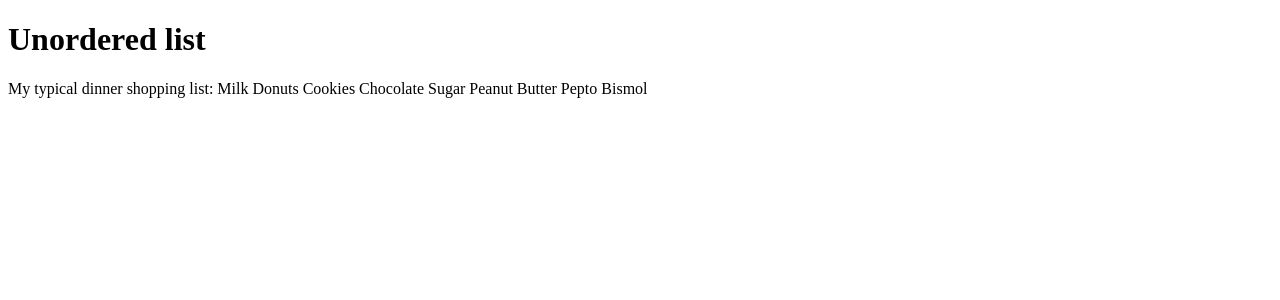
Repository: Aakarshit-Sharma19/Basic-HTML-and-CSS-Page-
Page: test.html
These files come from the project's save history. The page is drawn as it stood at one moment and after the next save; the edit follows.
The browser window is 1280 px wide. The pictures show the whole page.

Above is the page before, as saved 2020-11-07 13:13:44.

After the next save:
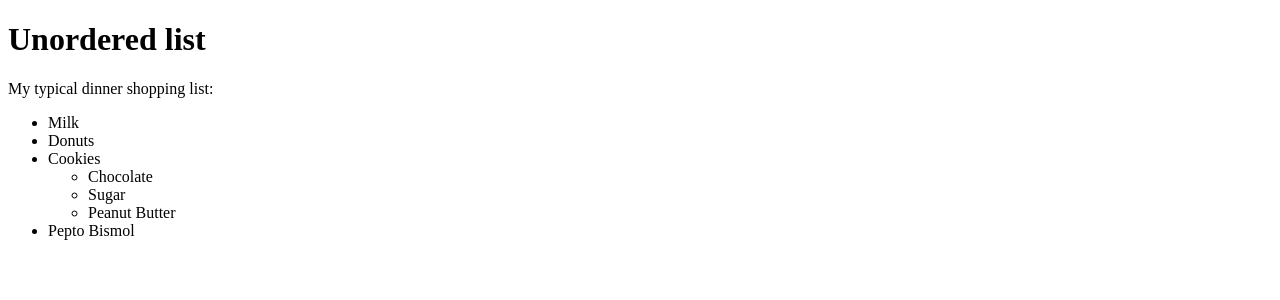
Saved 2 min 16 s later.
--- a/test.html
+++ b/test.html
@@ -1,24 +1,29 @@
 <!DOCTYPE html>
 <html>
+
 <head>
-  <meta charset="utf-8">
-  <title>Unordered Lists</title>
+    <meta charset="utf-8">
+    <title>Unordered Lists</title>
 </head>
+
 <body>
-  <h1>Unordered list</h1>
-  <div>
+    <h1>Unordered list</h1>
+    <div>
 
-    My typical dinner shopping list:
+        My typical dinner shopping list:
 
-    Milk
-      Donuts
-      Cookies
-          Chocolate
-          Sugar
-          Peanut Butter
-      Pepto Bismol
-
-
-  </div>
+        <ul>
+            <li>Milk</li>
+            <li>Donuts</li>
+            <li>Cookies
+                <ul>
+                    <li>Chocolate</li>
+                    <li>Sugar</li>
+                    <li>Peanut Butter</li>
+                </ul>
+            </li>
+            <li>Pepto Bismol</li>
+        </ul>
+    </div>
 </body>
 </html>
